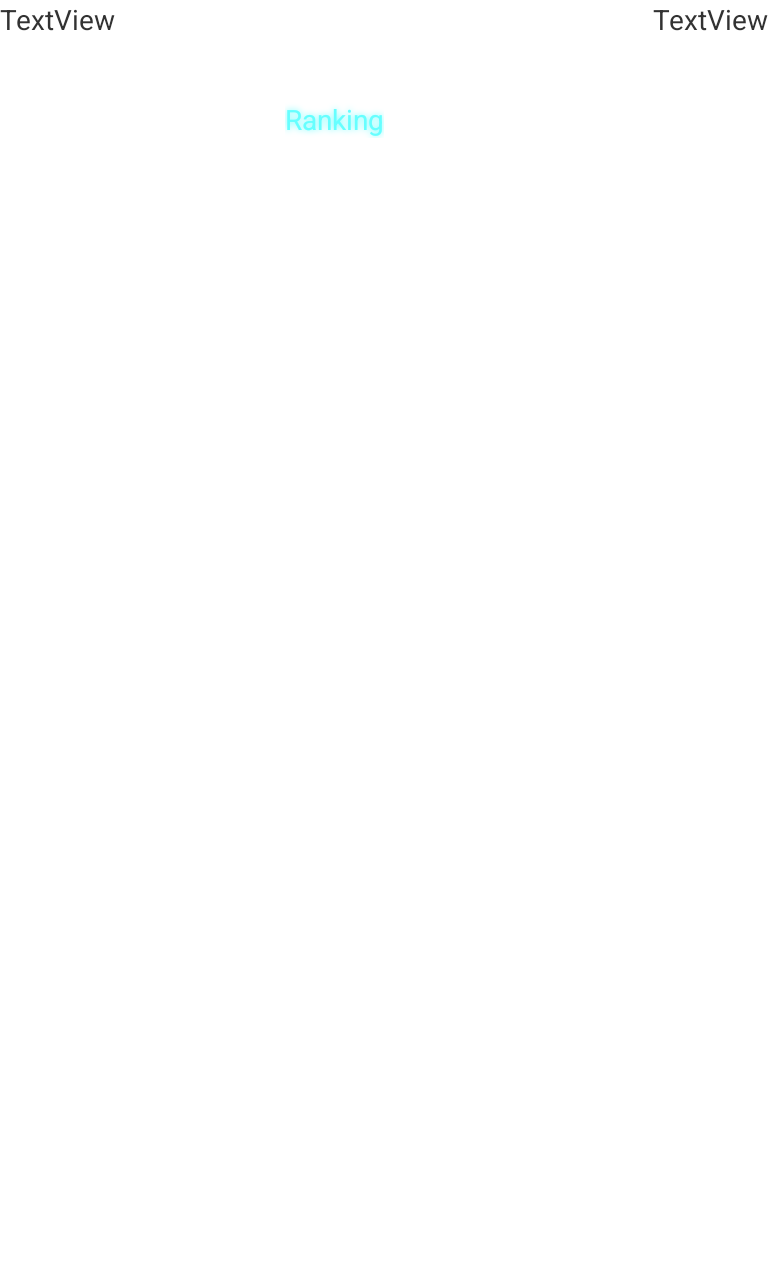
Repository: zwycid/dimension-drive-downside
Layout: lk/gameUIDesign/res/layout/ranking.xml
These files come from the project's save history. The layout is drawn as it stood at one moment and after the next save; the edit follows.
It is drawn on a 768 x 1280 px phone screen (xhdpi) without system bars, with theme AppTheme; the app's code is not run. Lists and similar views that code fills are empty.

Above is the layout before, as saved 2012-07-10 15:47:25.

After the next save:
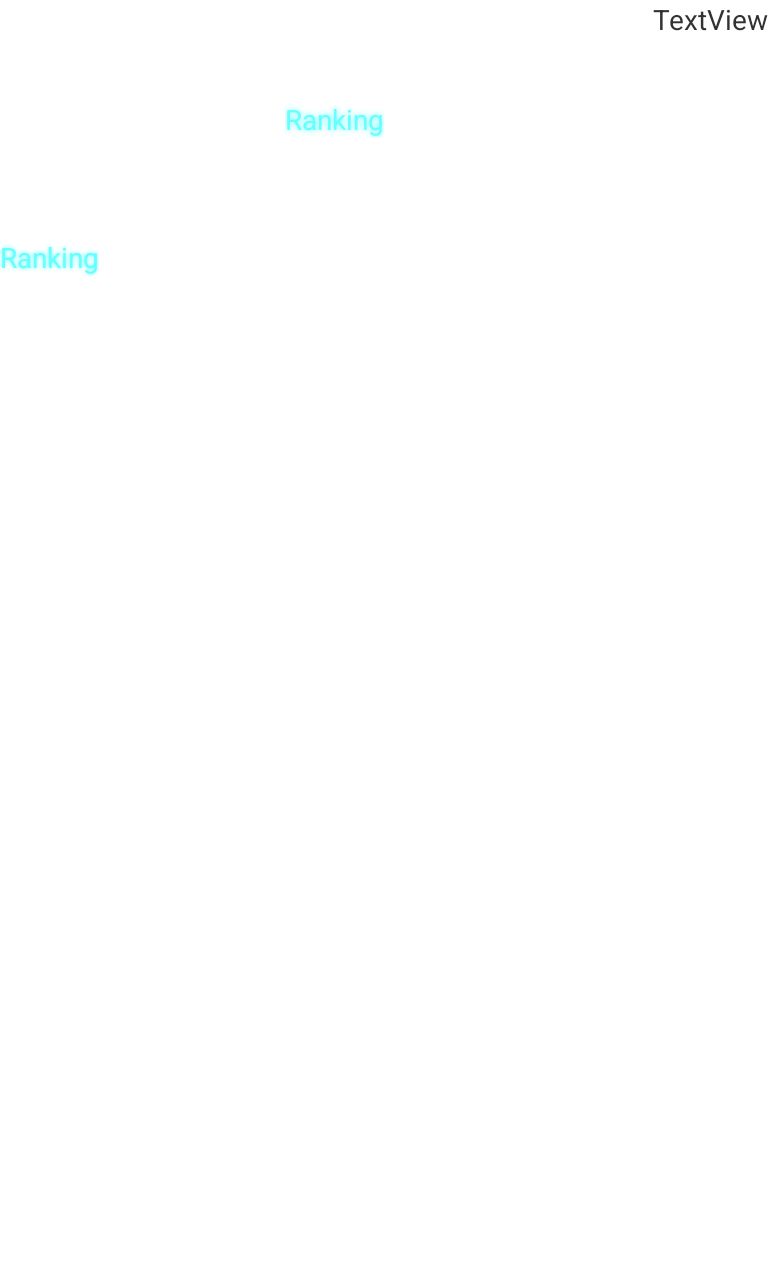
Saved 20 s later.
--- a/lk/gameUIDesign/res/layout/ranking.xml
+++ b/lk/gameUIDesign/res/layout/ranking.xml
@@ -5,30 +5,29 @@
 
     <TextView
         android:id="@+id/blankView1"
+        style="@style/blankView"
         android:layout_alignParentTop="true"
-        android:layout_centerHorizontal="true"
-        style="@style/blankView" />
+        android:layout_centerHorizontal="true" />
 
     <TextView
         android:id="@+id/textViewTitleRanking"
-style="@style/TitleText"
+        style="@style/TitleText"
         android:layout_alignRight="@+id/blankView1"
         android:layout_below="@+id/blankView1"
         android:text="@string/Ranking" />
 
     <TextView
         android:id="@+id/blankView2"
-style="@style/blankView"
+        style="@style/blankView"
         android:layout_alignLeft="@+id/textViewTitleRanking"
         android:layout_below="@+id/textViewTitleRanking" />
 
     <TextView
-        android:id="@+id/textView4"
-        android:layout_width="wrap_content"
-        android:layout_height="wrap_content"
+        android:id="@+id/textViewButtonSwap"
+style="@style/ButtonText"
         android:layout_alignParentLeft="true"
-        android:layout_below="@+id/textView3"
-        android:text="TextView" />
+        android:layout_below="@+id/blankView2"
+        android:text="@string/Ranking" />
 
     <TextView
         android:id="@+id/textView5"
